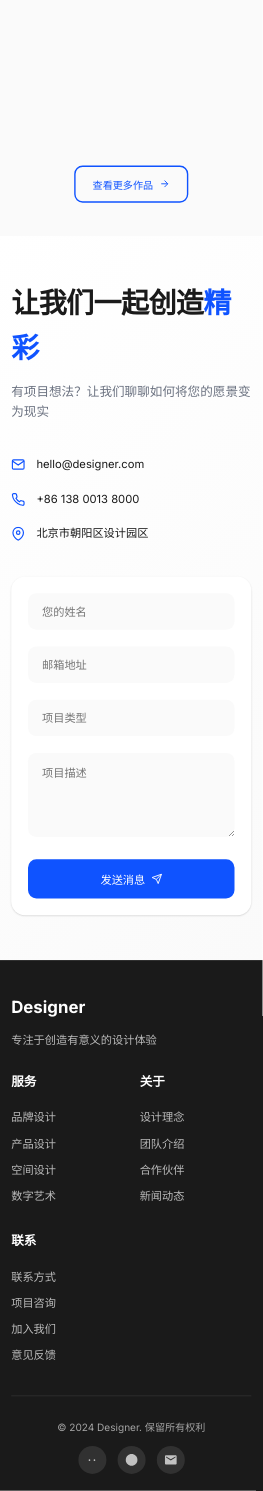
Repository: Nanzhexi/zhexi.github.io
Page: index.html
An editor plug-in stored every save of this project. The page is shown before and after the next save, followed by the edit.
The browser window is 375 px wide. The pictures show the part of the page from y = 2541 to 4781 px (the page is 4671 px tall before and 4781 px after), at 70% of full size.

Above is the page before, as saved 2025-07-03 03:37:45.

### index.html
<!DOCTYPE html>
<html lang="zh-CN">
<head>
    <meta charset="UTF-8">
    <meta name="viewport" content="width=device-width, initial-scale=1.0">
    <title>设计工作室</title>
    <link rel="stylesheet" href="./css/index.css">
    <link rel="preconnect" href="https://fonts.googleapis.com">
    <link rel="preconnect" href="https://fonts.gstatic.com" crossorigin>
    <link href="https://fonts.googleapis.com/css2?family=Inter:wght@300;400;500;600;700&display=swap" rel="stylesheet">
</head>

<body>
    <nav class="navbar">
        <div class="nav-brand">Studio</div>
        <div class="nav-links">
            <a href="#" class="nav-link active">首页</a>
            <a href="#" class="nav-link">作品</a>
            <a href="#" class="nav-link">关于</a>
        </div>
    </nav>

    <main class="hero">
        <div class="hero-content">
            <h1 class="hero-title">
                用<span class="highlight">视觉逻辑</span><br>
                解决商业问题
            </h1>
            <p class="hero-subtitle">
                专注品牌视觉系统与数字产品体验设计
            </p>
            <button class="cta-button">
                查看作品
                <svg width="16" height="16" viewBox="0 0 24 24" fill="none" stroke="currentColor" stroke-width="2">
                    <path d="M5 12h14M12 5l7 7-7 7"/>
                </svg>
            </button>
        </div>
    </main>

    <section class="portfolio">
        <div class="portfolio-content">
            <h2 class="portfolio-title">精选作品</h2>
            <p class="portfolio-subtitle">大浪淘沙，留下的皆是能叩击心灵的佳作</p>

            <div class="portfolio-grid">
                <div class="portfolio-item large">
                    <img src="./images/1.png" alt="设计作品1" loading="lazy">
                    <div class="portfolio-overlay">
                        <div class="portfolio-info">
                            <h3>品牌视觉设计</h3>
                            <p>创意海报设计</p>
                        </div>
                    </div>
                </div>

                <div class="portfolio-item">
                    <img src="./images/2.jpg" alt="设计作品2" loading="lazy">
                    <div class="portfolio-overlay">
                        <div class="portfolio-info">
                            <h3>产品包装</h3>
                            <p>时尚配饰设计</p>
                        </div>
                    </div>
                </div>

                <div class="portfolio-item">
                    <img src="./images/3.jpg" alt="设计作品3" loading="lazy">
                    <div class="portfolio-overlay">
                        <div class="portfolio-info">
                            <h3>陶瓷艺术</h3>
                            <p>传统工艺现代化</p>
                        </div>
                    </div>
                </div>

                <div class="portfolio-item">
                    <img src="./images/4.jpg" alt="设计作品4" loading="lazy">
                    <div class="portfolio-overlay">
                        <div class="portfolio-info">
                            <h3>品牌形象</h3>
                            <p>可爱IP设计</p>
                        </div>
                    </div>
                </div>

                <div class="portfolio-item">
                    <img src="./images/6.png" alt="设计作品5" loading="lazy">
                    <div class="portfolio-overlay">
                        <div class="portfolio-info">
                            <h3>空间设计</h3>
                            <p>商业空间规划</p>
                        </div>
                    </div>
                </div>

                <div class="portfolio-item">
                    <img src="./images/7.png" alt="设计作品6" loading="lazy">
                    <div class="portfolio-overlay">
                        <div class="portfolio-info">
                            <h3>餐饮品牌</h3>
                            <p>传统文化融合</p>
                        </div>
                    </div>
                </div>

                <div class="portfolio-item">
                    <img src="./images/8.png" alt="设计作品7" loading="lazy">
                    <div class="portfolio-overlay">
                        <div class="portfolio-info">
                            <h3>数字艺术</h3>
                            <p>创新视觉表达</p>
                        </div>
                    </div>
                </div>
            </div>

            <button class="portfolio-button">
                查看更多作品
                <svg width="16" height="16" viewBox="0 0 24 24" fill="none" stroke="currentColor" stroke-width="2">
                    <path d="M5 12h14M12 5l7 7-7 7"/>
                </svg>
            </button>
        </div>
    </section>

    <!-- Contact Section -->
    <section class="contact">
        <div class="contact-content">
            <div class="contact-text">
                <h2 class="contact-title">让我们一起创造<span class="highlight">精彩</span></h2>
                <p class="contact-subtitle">有项目想法？让我们聊聊如何将您的愿景变为现实</p>

                <div class="contact-info">
                    <div class="contact-item">
                        <svg width="20" height="20" viewBox="0 0 24 24" fill="none" stroke="currentColor" stroke-width="2">
                            <path d="M4 4h16c1.1 0 2 .9 2 2v12c0 1.1-.9 2-2 2H4c-1.1 0-2-.9-2-2V6c0-1.1.9-2 2-2z"/>
                            <polyline points="22,6 12,13 2,6"/>
                        </svg>
                        <span>hello@designer.com</span>
                    </div>

                    <div class="contact-item">
                        <svg width="20" height="20" viewBox="0 0 24 24" fill="none" stroke="currentColor" stroke-width="2">
                            <path d="M22 16.92v3a2 2 0 0 1-2.18 2 19.79 19.79 0 0 1-8.63-3.07 19.5 19.5 0 0 1-6-6 19.79 19.79 0 0 1-3.07-8.67A2 2 0 0 1 4.11 2h3a2 2 0 0 1 2 1.72 12.84 12.84 0 0 0 .7 2.81 2 2 0 0 1-.45 2.11L8.09 9.91a16 16 0 0 0 6 6l1.27-1.27a2 2 0 0 1 2.11-.45 12.84 12.84 0 0 0 2.81.7A2 2 0 0 1 22 16.92z"/>
                        </svg>
                        <span>+86 138 0013 8000</span>
                    </div>

                    <div class="contact-item">
                        <svg width="20" height="20" viewBox="0 0 24 24" fill="none" stroke="currentColor" stroke-width="2">
                            <path d="M21 10c0 7-9 13-9 13s-9-6-9-13a9 9 0 0 1 18 0z"/>
                            <circle cx="12" cy="10" r="3"/>
                        </svg>
                        <span>北京市朝阳区设计园区</span>
                    </div>
                </div>
            </div>

            <div class="contact-form">
                <form>
                    <div class="form-group">
                        <input type="text" placeholder="您的姓名" required>
                    </div>
                    <div class="form-group">
                        <input type="email" placeholder="邮箱地址" required>
                    </div>
                    <div class="form-group">
                        <input type="text" placeholder="项目类型">
                    </div>
                    <div class="form-group">
                        <textarea placeholder="项目描述" rows="4" required></textarea>
                    </div>
                    <button type="submit" class="submit-button">
                        发送消息
                        <svg width="16" height="16" viewBox="0 0 24 24" fill="none" stroke="currentColor" stroke-width="2">
                            <line x1="22" y1="2" x2="11" y2="13"/>
                            <polygon points="22,2 15,22 11,13 2,9 22,2"/>
                        </svg>
                    </button>
                </form>
            </div>
        </div>
    </section>

    <!-- Footer -->
    <footer class="footer">
        <div class="footer-content">
            <div class="footer-left">
                <div class="footer-brand">Designer</div>
                <p>专注于创造有意义的设计体验</p>
            </div>

            <div class="footer-links">
                <div class="footer-column">
                    <h4>服务</h4>
                    <a href="#">品牌设计</a>
                    <a href="#">产品设计</a>
                    <a href="#">空间设计</a>
                    <a href="#">数字艺术</a>
                </div>

                <div class="footer-column">
                    <h4>关于</h4>
                    <a href="#">设计理念</a>
                    <a href="#">团队介绍</a>
                    <a href="#">合作伙伴</a>
                    <a href="#">新闻动态</a>
                </div>

                <div class="footer-column">
                    <h4>联系</h4>
                    <a href="#">联系方式</a>
                    <a href="#">项目咨询</a>
                    <a href="#">加入我们</a>
                    <a href="#">意见反馈</a>
                </div>
            </div>
        </div>

        <div class="footer-bottom">
            <p>&copy; 2024 Designer. 保留所有权利</p>
            <div class="social-links">
                <a href="#" aria-label="微信">
                    <svg width="20" height="20" viewBox="0 0 24 24" fill="currentColor">
                        <path d="M8.5 12.5c0 .8-.7 1.5-1.5 1.5s-1.5-.7-1.5-1.5.7-1.5 1.5-1.5 1.5.7 1.5 1.5zm7-1.5c-.8 0-1.5.7-1.5 1.5s.7 1.5 1.5 1.5 1.5-.7 1.5-1.5-.7-1.5-1.5-1.5z"/>
                    </svg>
                </a>
                <a href="#" aria-label="微博">
                    <svg width="20" height="20" viewBox="0 0 24 24" fill="currentColor">
                        <path d="M12 2C6.48 2 2 6.48 2 12s4.48 10 10 10 10-4.48 10-10S17.52 2 12 2z"/>
                    </svg>
                </a>
                <a href="#" aria-label="邮箱">
                    <svg width="20" height="20" viewBox="0 0 24 24" fill="currentColor">
                        <path d="M20 4H4c-1.1 0-1.99.9-1.99 2L2 18c0 1.1.9 2 2 2h16c1.1 0 2-.9 2-2V6c0-1.1-.9-2-2-2zm0 4l-8 5-8-5V6l8 5 8-5v2z"/>
                    </svg>
                </a>
            </div>
        </div>
    </footer>
</body>
</html>

### css/index.css
:root {
    --primary-color: #0F53FF;
    --text-primary: #1a1a1a;
    --text-secondary: #6b7280;
    --background: #ffffff;
    --surface: #fafafa;
    --border: #e5e7eb;
    --shadow: 0 1px 3px 0 rgba(0, 0, 0, 0.1), 0 1px 2px 0 rgba(0, 0, 0, 0.06);
}

* {
    margin: 0;
    padding: 0;
    box-sizing: border-box;
}

body {
    font-family: 'Inter', -apple-system, BlinkMacSystemFont, 'Segoe UI', sans-serif;
    background-color: var(--background);
    color: var(--text-primary);
    line-height: 1.6;
    font-weight: 400;
    -webkit-font-smoothing: antialiased;
    -moz-osx-font-smoothing: grayscale;
}

/* Navigation */
.navbar {
    position: fixed;
    top: 0;
    left: 0;
    right: 0;
    z-index: 1000;
    background: rgba(255, 255, 255, 0.95);
    backdrop-filter: blur(20px);
    border-bottom: 1px solid var(--border);
    padding: 0 2rem;
    height: 80px;
    display: flex;
    align-items: center;
    justify-content: space-between;
    max-width: 1400px;
    margin: 0 auto;
}

.nav-brand {
    font-size: 1.5rem;
    font-weight: 600;
    color: var(--text-primary);
    letter-spacing: -0.02em;
}

.nav-links {
    display: flex;
    gap: 2.5rem;
}

.nav-link {
    color: var(--text-secondary);
    text-decoration: none;
    font-size: 0.95rem;
    font-weight: 500;
    transition: all 0.3s cubic-bezier(0.4, 0, 0.2, 1);
    position: relative;
}

.nav-link:hover,
.nav-link.active {
    color: var(--primary-color);
}

.nav-link.active::after {
    content: '';
    position: absolute;
    bottom: -8px;
    left: 0;
    right: 0;
    height: 2px;
    background: var(--primary-color);
    border-radius: 1px;
}

/* Hero Section */
.hero {
    min-height: 100vh;
    display: flex;
    align-items: center;
    justify-content: center;
    padding: 80px 2rem 0;
    background: linear-gradient(135deg, #fafafa 0%, #ffffff 100%);
}

.hero-content {
    max-width: 900px;
    text-align: center;
    animation: fadeInUp 1s ease-out;
}

.hero-title {
    font-size: clamp(3rem, 8vw, 5.5rem);
    font-weight: 700;
    color: var(--text-primary);
    line-height: 1.1;
    margin-bottom: 1.5rem;
    letter-spacing: -0.03em;
}

.highlight {
    color: var(--primary-color);
    position: relative;
}

.highlight::after {
    content: '';
    position: absolute;
    bottom: 0.1em;
    left: 0;
    right: 0;
    height: 0.3em;
    background: linear-gradient(90deg, rgba(15, 83, 255, 0.2) 0%, rgba(15, 83, 255, 0.1) 100%);
    z-index: -1;
    border-radius: 2px;
}

.hero-subtitle {
    font-size: 1.25rem;
    color: var(--text-secondary);
    margin-bottom: 3rem;
    font-weight: 400;
    line-height: 1.6;
    max-width: 600px;
    margin-left: auto;
    margin-right: auto;
}

.cta-button {
    background: var(--primary-color);
    color: white;
    border: none;
    padding: 1rem 2rem;
    font-size: 1rem;
    font-weight: 500;
    border-radius: 12px;
    cursor: pointer;
    display: inline-flex;
    align-items: center;
    gap: 0.5rem;
    transition: all 0.3s cubic-bezier(0.4, 0, 0.2, 1);
    box-shadow: 0 4px 14px 0 rgba(15, 83, 255, 0.25);
}

.cta-button:hover {
    background: #0d47e6;
    transform: translateY(-2px);
    box-shadow: 0 8px 25px 0 rgba(15, 83, 255, 0.35);
}

.cta-button:active {
    transform: translateY(0);
}

.cta-button svg {
    transition: transform 0.3s ease;
}

.cta-button:hover svg {
    transform: translateX(4px);
}

/* Portfolio Section */
.portfolio {
    padding: 8rem 2rem;
    background: var(--surface);
}

.portfolio-content {
    max-width: 1400px;
    margin: 0 auto;
}

.portfolio-title {
    font-size: clamp(2.5rem, 5vw, 3.5rem);
    font-weight: 700;
    color: var(--text-primary);
    text-align: center;
    margin-bottom: 1rem;
    letter-spacing: -0.02em;
}

.portfolio-subtitle {
    font-size: 1.125rem;
    color: var(--text-secondary);
    text-align: center;
    margin-bottom: 4rem;
    font-weight: 400;
}

.portfolio-grid {
    display: grid;
    grid-template-columns: repeat(4, 1fr);
    grid-template-rows: repeat(3, 300px);
    gap: 1.5rem;
    margin-bottom: 4rem;
    width: 100%;
}

.portfolio-item {
    position: relative;
    border-radius: 16px;
    overflow: hidden;
    background: var(--background);
    box-shadow: var(--shadow);
    transition: all 0.4s cubic-bezier(0.4, 0, 0.2, 1);
    width: 100%;
    height: 100%;
}

.portfolio-item.large {
    grid-column: span 2;
    grid-row: span 2;
}

.portfolio-item:nth-child(2) {
    grid-column: 3;
    grid-row: 1;
}

.portfolio-item:nth-child(3) {
    grid-column: 4;
    grid-row: 1;
}

.portfolio-item:nth-child(4) {
    grid-column: 3;
    grid-row: 2;
}

.portfolio-item:nth-child(5) {
    grid-column: 4;
    grid-row: 2;
}

.portfolio-item:nth-child(6) {
    grid-column: 1;
    grid-row: 3;
}

.portfolio-item:nth-child(7) {
    grid-column: 2;
    grid-row: 3;
}

.portfolio-item:nth-child(8) {
    grid-column: 3 / span 2;
    grid-row: 3;
}

.portfolio-item img {
    width: 100%;
    height: 100%;
    object-fit: cover;
    transition: transform 0.4s cubic-bezier(0.4, 0, 0.2, 1);
}

.portfolio-overlay {
    position: absolute;
    top: 0;
    left: 0;
    right: 0;
    bottom: 0;
    background: linear-gradient(135deg, rgba(15, 83, 255, 0.8) 0%, rgba(15, 83, 255, 0.6) 100%);
    display: flex;
    align-items: flex-end;
    padding: 2rem;
    opacity: 0;
    transition: all 0.4s cubic-bezier(0.4, 0, 0.2, 1);
}

.portfolio-info h3 {
    color: white;
    font-size: 1.25rem;
    font-weight: 600;
    margin-bottom: 0.5rem;
}

.portfolio-info p {
    color: rgba(255, 255, 255, 0.9);
    font-size: 0.95rem;
    font-weight: 400;
}

.portfolio-item:hover {
    transform: translateY(-8px);
    box-shadow: 0 20px 40px 0 rgba(0, 0, 0, 0.15);
}

.portfolio-item:hover img {
    transform: scale(1.05);
}

.portfolio-item:hover .portfolio-overlay {
    opacity: 1;
}

.portfolio-button {
    background: transparent;
    color: var(--primary-color);
    border: 2px solid var(--primary-color);
    padding: 1rem 2rem;
    font-size: 1rem;
    font-weight: 500;
    border-radius: 12px;
    cursor: pointer;
    display: inline-flex;
    align-items: center;
    gap: 0.5rem;
    transition: all 0.3s cubic-bezier(0.4, 0, 0.2, 1);
    margin: 0 auto;
    display: flex;
    justify-content: center;
    max-width: 200px;
}

.portfolio-button:hover {
    background: var(--primary-color);
    color: white;
    transform: translateY(-2px);
    box-shadow: 0 8px 25px 0 rgba(15, 83, 255, 0.25);
}

.portfolio-button svg {
    transition: transform 0.3s ease;
}

.portfolio-button:hover svg {
    transform: translateX(4px);
}

/* Contact Section */
.contact {
    padding: 8rem 2rem;
    background: linear-gradient(135deg, var(--background) 0%, var(--surface) 100%);
}

.contact-content {
    max-width: 1200px;
    margin: 0 auto;
    display: grid;
    grid-template-columns: 1fr 1fr;
    gap: 4rem;
    align-items: start;
}

.contact-title {
    font-size: clamp(2.5rem, 5vw, 3.5rem);
    font-weight: 700;
    color: var(--text-primary);
    margin-bottom: 1rem;
    letter-spacing: -0.02em;
}

.contact-subtitle {
    font-size: 1.125rem;
    color: var(--text-secondary);
    margin-bottom: 3rem;
    line-height: 1.6;
}

.contact-info {
    display: flex;
    flex-direction: column;
    gap: 1.5rem;
}

.contact-item {
    display: flex;
    align-items: center;
    gap: 1rem;
    color: var(--text-primary);
    font-size: 1rem;
}

.contact-item svg {
    color: var(--primary-color);
    flex-shrink: 0;
}

.contact-form {
    background: var(--background);
    padding: 2.5rem;
    border-radius: 20px;
    box-shadow: var(--shadow);
}

.form-group {
    margin-bottom: 1.5rem;
}

.form-group input,
.form-group textarea {
    width: 100%;
    padding: 1rem 1.25rem;
    border: 2px solid var(--border-color);
    border-radius: 12px;
    font-size: 1rem;
    background: var(--surface);
    color: var(--text-primary);
    transition: all 0.3s ease;
    font-family: inherit;
}

.form-group input:focus,
.form-group textarea:focus {
    outline: none;
    border-color: var(--primary-color);
    box-shadow: 0 0 0 3px rgba(15, 83, 255, 0.1);
}

.form-group textarea {
    resize: vertical;
    min-height: 120px;
}

.submit-button {
    background: var(--primary-color);
    color: white;
    border: none;
    padding: 1rem 2rem;
    font-size: 1rem;
    font-weight: 500;
    border-radius: 12px;
    cursor: pointer;
    display: inline-flex;
    align-items: center;
    gap: 0.5rem;
    transition: all 0.3s cubic-bezier(0.4, 0, 0.2, 1);
    width: 100%;
    justify-content: center;
}

.submit-button:hover {
    background: #0A47E8;
    transform: translateY(-2px);
    box-shadow: 0 8px 25px 0 rgba(15, 83, 255, 0.25);
}

.submit-button svg {
    transition: transform 0.3s ease;
}

.submit-button:hover svg {
    transform: translateX(4px);
}

/* Footer */
.footer {
    background: var(--text-primary);
    color: white;
    padding: 4rem 2rem 2rem;
}

.footer-content {
    max-width: 1200px;
    margin: 0 auto;
    display: grid;
    grid-template-columns: 1fr 2fr;
    gap: 4rem;
    margin-bottom: 3rem;
}

.footer-brand {
    font-size: 1.5rem;
    font-weight: 700;
    margin-bottom: 1rem;
}

.footer-left p {
    color: rgba(255, 255, 255, 0.7);
    font-size: 1rem;
    line-height: 1.6;
}

.footer-links {
    display: grid;
    grid-template-columns: repeat(3, 1fr);
    gap: 2rem;
}

.footer-column h4 {
    font-size: 1.125rem;
    font-weight: 600;
    margin-bottom: 1.5rem;
    color: white;
}

.footer-column a {
    display: block;
    color: rgba(255, 255, 255, 0.7);
    text-decoration: none;
    margin-bottom: 0.75rem;
    transition: color 0.3s ease;
}

.footer-column a:hover {
    color: var(--primary-color);
}

.footer-bottom {
    max-width: 1200px;
    margin: 0 auto;
    padding-top: 2rem;
    border-top: 1px solid rgba(255, 255, 255, 0.1);
    display: flex;
    justify-content: space-between;
    align-items: center;
}

.footer-bottom p {
    color: rgba(255, 255, 255, 0.6);
    font-size: 0.9rem;
}

.social-links {
    display: flex;
    gap: 1rem;
}

.social-links a {
    display: flex;
    align-items: center;
    justify-content: center;
    width: 40px;
    height: 40px;
    background: rgba(255, 255, 255, 0.1);
    border-radius: 50%;
    color: rgba(255, 255, 255, 0.7);
    transition: all 0.3s ease;
}

.social-links a:hover {
    background: var(--primary-color);
    color: white;
    transform: translateY(-2px);
}

/* Animations */
@keyframes fadeInUp {
    from {
        opacity: 0;
        transform: translateY(30px);
    }
    to {
        opacity: 1;
        transform: translateY(0);
    }
}

/* Responsive Design */
@media (max-width: 1024px) {
    .navbar {
        padding: 0 1.5rem;
    }

    .hero {
        padding: 80px 1.5rem 0;
    }

    .portfolio {
        padding: 6rem 1.5rem;
    }

    .portfolio-grid {
        grid-template-columns: repeat(3, 1fr);
        grid-template-rows: repeat(4, 250px);
        gap: 1.5rem;
    }

    .portfolio-item.large {
        grid-column: span 2;
        grid-row: span 2;
    }

    .contact {
        padding: 6rem 1.5rem;
    }

    .contact-content {
        gap: 3rem;
    }

    .contact-form {
        padding: 2rem;
    }

    .portfolio-item:nth-child(2) {
        grid-column: 3;
        grid-row: 1;
    }

    .portfolio-item:nth-child(3) {
        grid-column: 3;
        grid-row: 2;
    }

    .portfolio-item:nth-child(4) {
        grid-column: 1;
        grid-row: 3;
    }

    .portfolio-item:nth-child(5) {
        grid-column: 2;
        grid-row: 3;
    }

    .portfolio-item:nth-child(6) {
        grid-column: 3;
        grid-row: 3;
    }

    .portfolio-item:nth-child(7) {
        grid-column: 1;
        grid-row: 4;
    }

    .portfolio-item:nth-child(8) {
        grid-column: 2 / span 2;
        grid-row: 4;
    }
}

@media (max-width: 768px) {
    .navbar {
        padding: 0 1rem;
        height: 70px;
    }

    .nav-links {
        gap: 1.5rem;
    }

    .nav-link {
        font-size: 0.9rem;
    }

    .hero {
        padding: 70px 1rem 0;
    }

    .hero-subtitle {
        font-size: 1.1rem;
        margin-bottom: 2.5rem;
    }

    .cta-button {
        padding: 0.875rem 1.75rem;
        font-size: 0.95rem;
    }

    .portfolio {
        padding: 4rem 1rem;
    }

    .portfolio-grid {
        grid-template-columns: repeat(2, 1fr);
        grid-template-rows: repeat(5, 220px);
        gap: 1.5rem;
    }

    .portfolio-item.large {
        grid-column: span 2;
        grid-row: span 1;
    }

    .portfolio-item:nth-child(n) {
        grid-column: auto;
        grid-row: auto;
    }

    .portfolio-item:nth-child(1) {
        grid-column: span 2;
        grid-row: 1;
    }

    .portfolio-overlay {
        padding: 1.5rem;
    }

    .portfolio-info h3 {
        font-size: 1.125rem;
    }

    .portfolio-info p {
        font-size: 0.9rem;
    }

    .contact {
        padding: 4rem 1rem;
    }

    .contact-content {
        grid-template-columns: 1fr;
        gap: 3rem;
    }

    .contact-form {
        padding: 1.5rem;
    }

    .footer {
        padding: 3rem 1rem 1.5rem;
    }

    .footer-content {
        grid-template-columns: 1fr;
        gap: 2rem;
        margin-bottom: 2rem;
    }

    .footer-links {
        grid-template-columns: repeat(2, 1fr);
        gap: 1.5rem;
    }

    .footer-bottom {
        flex-direction: column;
        gap: 1rem;
        text-align: center;
    }
}

@media (max-width: 480px) {
    .navbar {
        padding: 0 1rem;
        height: 65px;
    }

    .nav-brand {
        font-size: 1.25rem;
    }

    .nav-links {
        gap: 1rem;
    }

    .nav-link {
        font-size: 0.85rem;
    }

    .hero {
        padding: 65px 1rem 0;
    }

    .hero-subtitle {
        font-size: 1rem;
        margin-bottom: 2rem;
    }

    .highlight::after {
        height: 0.25em;
    }

    .portfolio {
        padding: 3rem 1rem;
    }

    .portfolio-subtitle {
        font-size: 1rem;
        margin-bottom: 3rem;
    }

    .portfolio-grid {
        grid-template-columns: 1fr;
        grid-template-rows: repeat(8, 200px);
        gap: 1rem;
    }

    .portfolio-item:nth-child(n) {
        grid-column: 1;
        grid-row: auto;
    }

    .portfolio-item.large {
        grid-column: 1;
        grid-row: auto;
    }

    .portfolio-overlay {
        padding: 1rem;
    }

    .portfolio-button {
        padding: 0.875rem 1.5rem;
        font-size: 0.9rem;
    }
}

After the next save:
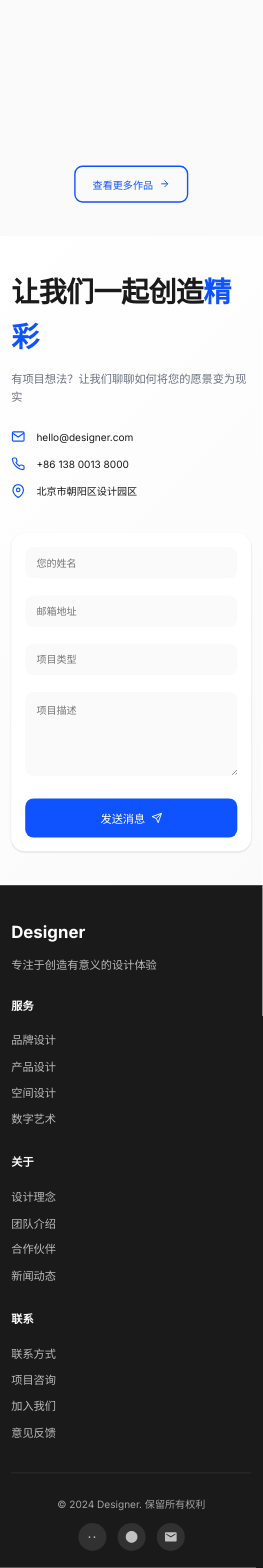
Saved 13 s later.
--- a/css/index.css
+++ b/css/index.css
@@ -792,4 +792,40 @@
         padding: 0.875rem 1.5rem;
         font-size: 0.9rem;
     }
-}
+
+    .contact {
+        padding: 3rem 1rem;
+    }
+
+    .contact-subtitle {
+        font-size: 1rem;
+        margin-bottom: 2rem;
+    }
+
+    .contact-info {
+        gap: 1rem;
+    }
+
+    .contact-item {
+        font-size: 0.9rem;
+    }
+
+    .contact-form {
+        padding: 1.25rem;
+    }
+
+    .form-group input,
+    .form-group textarea {
+        padding: 0.875rem 1rem;
+        font-size: 0.9rem;
+    }
+
+    .footer-links {
+        grid-template-columns: 1fr;
+        gap: 1.5rem;
+    }
+
+    .footer-column h4 {
+        font-size: 1rem;
+    }
+}
